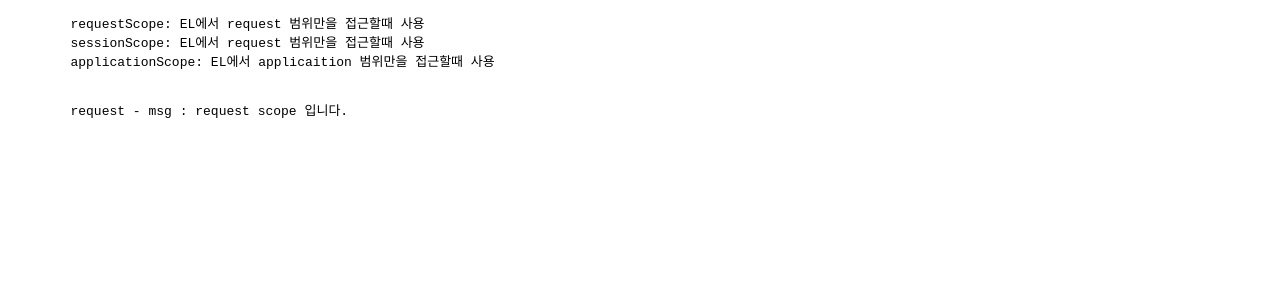
Repository: Seenee-Shin/servlet-jsp
Page: http://localhost/JSPProject/EL/scope
These files come from the project's save history. The page is drawn as it stood at one moment and after the next save; the edit follows.
The browser window is 1280 px wide. The pictures show the whole page.
The page is served by Tomcat 9.

Above is the page before, as saved 2021-11-29 08:14:49.

After the next save:
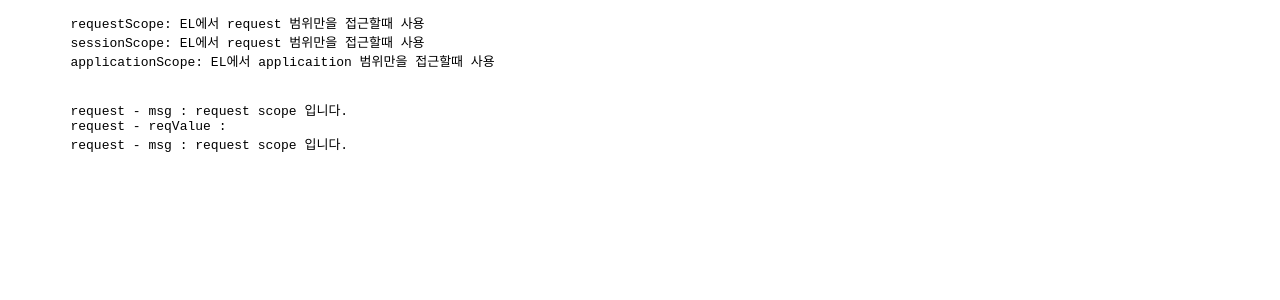
Saved 30 s later.
--- a/JSPProject/src/main/webapp/WEB-INF/views/EL/scopeResult.jsp
+++ b/JSPProject/src/main/webapp/WEB-INF/views/EL/scopeResult.jsp
@@ -14,6 +14,8 @@
 
 
 	request - msg : ${requestScope.msg}
+	request - reqValue : ${requestScope.reqValue}
+	request - msg : ${requestScope.msg}
 	</pre>
 </body>
 </html>
